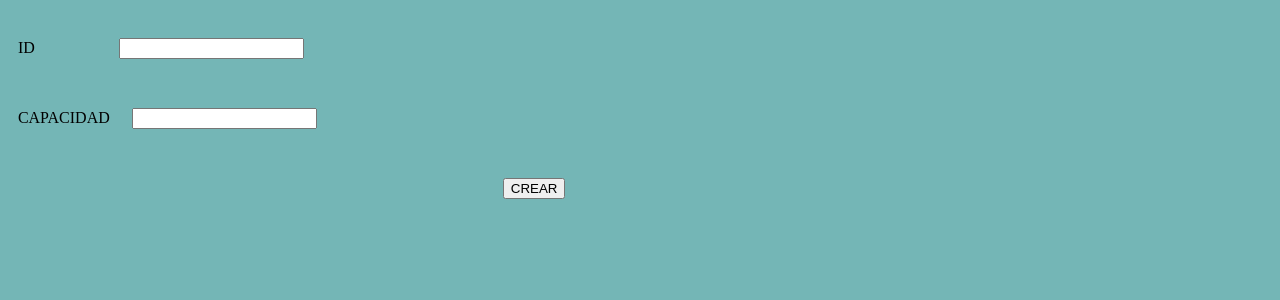
Repository: Robin-Rivadeneira/prueva_pablo
Page: index.html
An editor plug-in stored every save of this project. The page is shown before and after a run of saves, followed by the edit.
The browser window is 1280 px wide. The pictures show the whole page.

Above is the page before, as saved 2020-01-16 20:31:50.

### index.html
<!DOCTYPE html>
<html lang="en">
<head>
    <meta charset="UTF-8">
    <meta name="viewport" content="width=device-width, initial-scale=1.0">
    <meta http-equiv="X-UA-Compatible" content="ie=edge">
    <LINK REL=StyleSheet HREF="/css/bomberos.css" TYPE="text/css" MEDIA=screen>
    <title> Motobombas</title>
</head>
<body>
    <div>
        <label class="id">ID</label>
        <input type="number" id="id">
        <label class="capacidad">CAPACIDAD</label>
        <input type="number" id="capacidad" >
        <button type="button" class="button" onclick="moto.guardar()">CREAR</button>
    </div>
    <br>
    <div id="img">

    </div>
    <br>
    <div id="estado">

    </div>
    <br>
    <div id="pintar">
    </div>
</body>
<script src="/js/Motobomba.js"></script>
<script src="/js/Bombero.js"></script>
</html>

### css/bomberos.css
body{
    background-color: rgb(116, 182, 182);
}
.id{
    position: relative;
    left: 10px;
    top: 30px;
}
#id{
    position: relative;
    top: 30px;
    left: 90px;
}

.capacidad{
    position: relative;
    top: 100px;
    right: 200px;
}
#capacidad{
    position: relative;
    top: 100px;
    right: 182px;
}
.button{
    position: relative;
    top: 170px;
}

### js/Motobomba.js
class Motobomba {
    constructor(id, capacidad, estado = false) {
        this.id = id;
        this.capacidad = capacidad;
        this.estado = estado;
    }
    prender() {
        this.estado = true;
    }
    apagar() {
        this.estado = false;
    }
    getEstado() {
        return this.estado;
    }
    toString() {
        if (this.estado == true) {
            document.getElementById('estado').innerHTML='<img src="img/verde.jpg" windth="130px" height="100px">'
            var parrafo=document.createElement('p')
            parrafo.innerHTML = 'esta prendido'
            document.body.appendChild(parrafo)
            moto.apagar()
            document.getElementById("boton").innerHTML="prendido"

        }
        else if(this.estado == false) {
            document.getElementById('estado').innerHTML='<img src="img/rojo.jpg" windth="130px" height="100px">'
            var parrafo=document.createElement('p')
            parrafo.innerHTML = 'esta apagado'
            document.body.appendChild(parrafo)
            moto.prender()
            document.getElementById("boton").innerHTML="apagdo"
        }
    }
    guardar(){
        var recu= document.getElementById('id').value;
        var recu1=document.getElementById('capacidad').value;
        this.id=recu
        this.capacidad=recu1
        console.log(this.id)
        console.log(this.capacidad)
        document.getElementById('img').innerHTML='<img src="img/camion.jpg" windth="130px" height="100px">'
        document.getElementById('pintar').innerHTML='<button type="button" id="boton" onclick="moto.toString()">ESTADO</button>'
    }
}



let moto = new Motobomba()

### js/Bombero.js
class Bombero{
    constructor(nombre){
        this.nombre=nombre;
    }
    addHabilidad(){
        let habilidades=[];
        habilidades.push(this.nombre)
    }
}

After the next 3 saves:
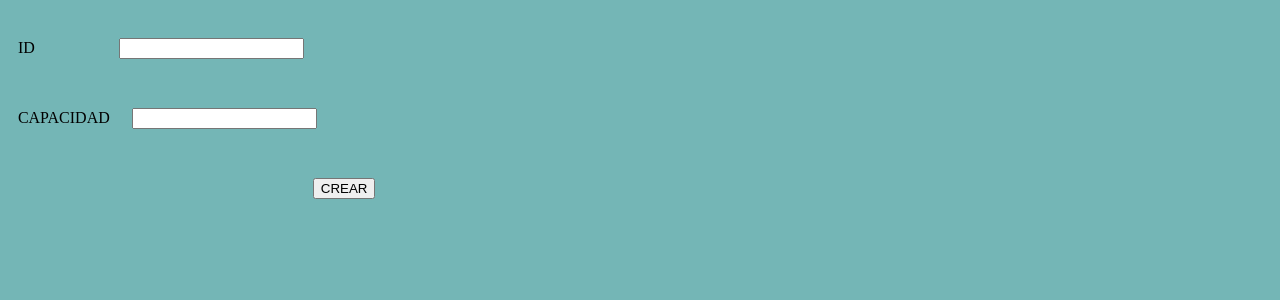
The 3 saves are shown as one change because they came seconds apart.
The last was saved 14 s later.
--- a/css/bomberos.css
+++ b/css/bomberos.css
@@ -25,4 +25,5 @@ body{
 .button{
     position: relative;
     top: 170px;
+    right: 190px;
 }
